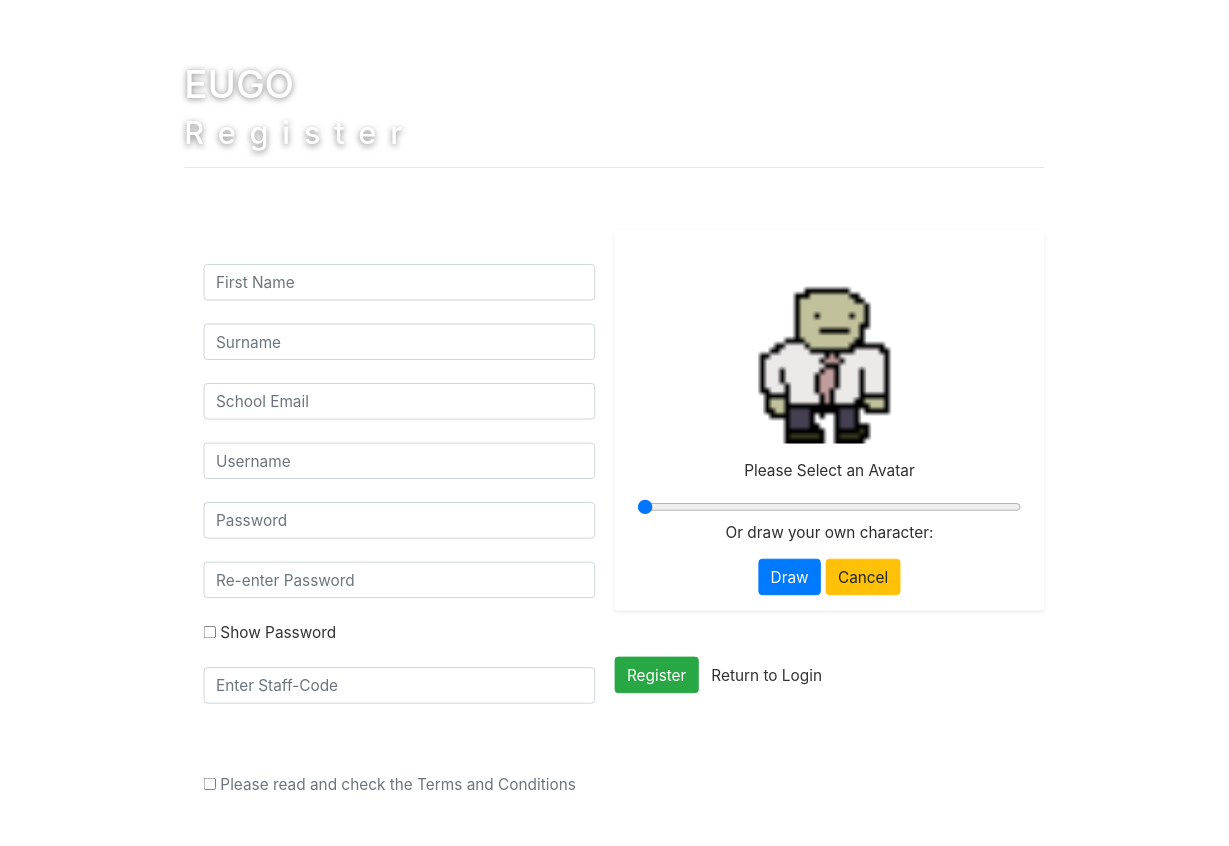
Repository: nbaker47/eugo_pokemongo_clone
Page: eugo/templates/register.html
The author's editor kept a copy of each file at every save. The page is drawn from the files as they stood at one save, then again after the next save.
The browser window is 1280 px wide. The pictures show the whole page, at 96% of full size.
The template is drawn by Django 4.2. The application's start-up code is not run. The template is opened directly, without the code that normally fills it, so the values that code supplies are empty.

Above is the page before, as saved 2022-03-24 11:21:49.

After the next save:
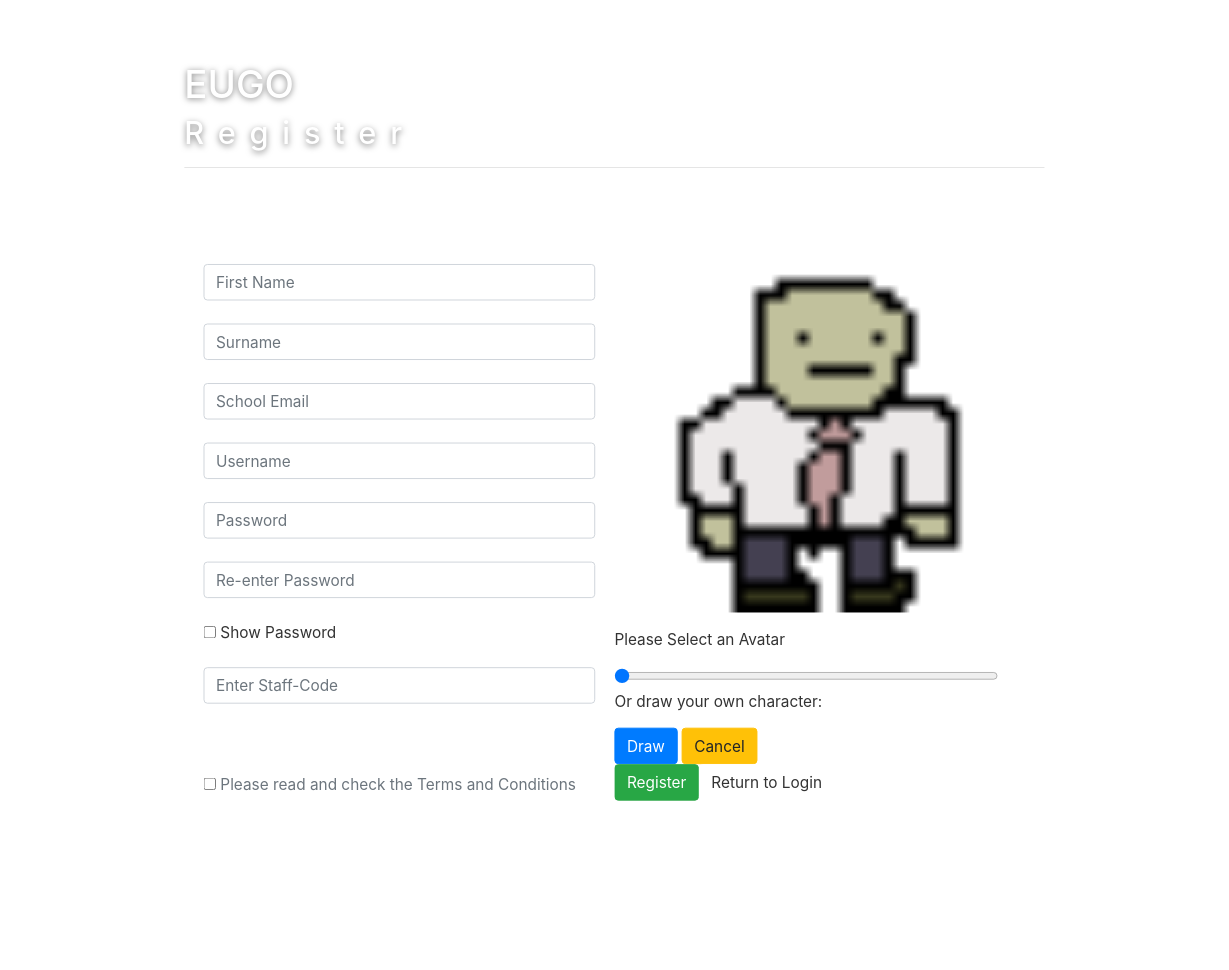
Saved 5 min 44 s later.
--- a/eugo/templates/register.html
+++ b/eugo/templates/register.html
@@ -155,39 +155,39 @@
                 </label>
                     <br><br>
                 </div>
-        </div>
-
-        <!--Char selector-->
-        <div id="char-select" class="shadow-sm p-3 mb-5 bg-white rounded">
-            <img src="">
-            <img src="">
-            <img src="">
-            <div class="image mt-3 mb-3 img-container" id="sliderImages">
-                <img src='{% static "/eugo/img/teacher_sprites/teacher_1.png" %}' class="spirite-img">
-                <img src='{% static "/eugo/img/teacher_sprites/teacher_2.png" %}' class="spirite-img">
-                <img src='{% static "/eugo/img/teacher_sprites/teacher_3.png" %}' class="spirite-img">
-            </div>
-
-            <div id="sprite-designer-div">
-                <canvas id="myCanvas" class="shadow-sm p-3 mb-5 bg-white rounded" width="500" height="500"></canvas>
-                <div id="color-picker-div">
-                    <label for="color-input" id="color-label" style="background-color: red"></label>
-                    <input type="checkbox" id="color-input" checked></input>
-                    <br>
-                    <div id="color-picker">
-                        <canvas id="color-block" height="150" width="150"></canvas>
-                        <canvas id="color-strip" height="150" width="30"></canvas>
-                    </div>
-                    <input type="hidden" value="" id="colour-output">
-                    <input type="hidden" value="" id="canvas-output" name="canvas-output">
+                <!--</div>-->
+
+                <!--Char selector-->
+                <!--<div id="char-select" class="shadow-sm p-3 mb-5 bg-white rounded">-->
+                <img src="">
+                <img src="">
+                <img src="">
+                <div class="image mt-3 mb-3 img-container" id="sliderImages">
+                    <img src='{% static "/eugo/img/teacher_sprites/teacher_1.png" %}' class="spirite-img">
+                    <img src='{% static "/eugo/img/teacher_sprites/teacher_2.png" %}' class="spirite-img">
+                    <img src='{% static "/eugo/img/teacher_sprites/teacher_3.png" %}' class="spirite-img">
                 </div>
-            </div>
-
-            <p>Please Select an Avatar</p>
-            <input class="rangeslider" type="range" id="sprite" name="sprite" min="1" max="3" value="1">
-            <p>Or draw your own character:</p>
-            <button type="button" id="draw-char-button" class="btn btn-primary">Draw</button>
-            <button type="button" id="draw-char-button-cancel" class="btn btn-warning">Cancel</button>
+
+                <div id="sprite-designer-div">
+                    <canvas id="myCanvas" class="shadow-sm p-3 mb-5 bg-white rounded" width="500" height="500"></canvas>
+                    <div id="color-picker-div">
+                        <label for="color-input" id="color-label" style="background-color: red"></label>
+                        <input type="checkbox" id="color-input" checked></input>
+                        <br>
+                        <div id="color-picker">
+                            <canvas id="color-block" height="150" width="150"></canvas>
+                            <canvas id="color-strip" height="150" width="30"></canvas>
+                        </div>
+                        <input type="hidden" value="" id="colour-output">
+                        <input type="hidden" value="" id="canvas-output" name="canvas-output">
+                    </div>
+                </div>
+
+                <p>Please Select an Avatar</p>
+                <input class="rangeslider" type="range" id="sprite" name="sprite" min="1" max="3" value="1">
+                <p>Or draw your own character:</p>
+                <button type="button" id="draw-char-button" class="btn btn-primary">Draw</button>
+                <button type="button" id="draw-char-button-cancel" class="btn btn-warning">Cancel</button>
         </div>
 
         <div class="btn-group" role="group" aria-label="Basic example">
